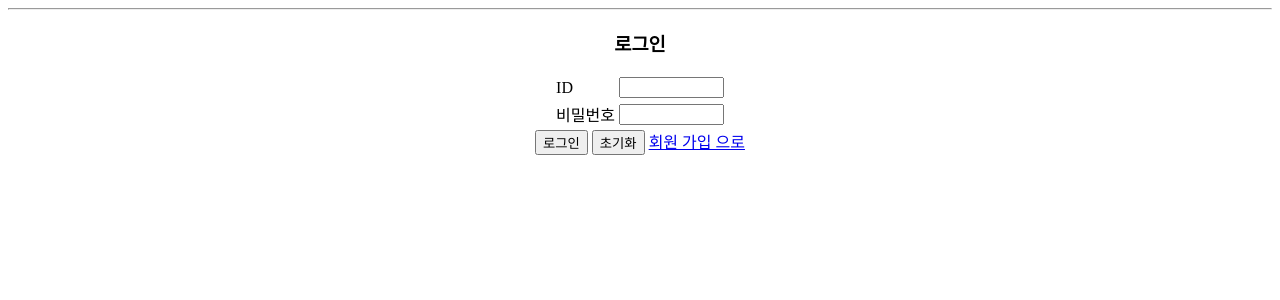
Repository: Juseong-Bang/jspWebProject
Page: http://localhost/FilmBooking/login.jsp
The author's editor kept a copy of each file at every save. The page is drawn from the files as they stood at one save, then again after the next save.
The browser window is 1280 px wide. The pictures show the whole page.
The page is served by Tomcat 9.

Above is the page before, as saved 2017-11-28 12:56:17.

After the next save:
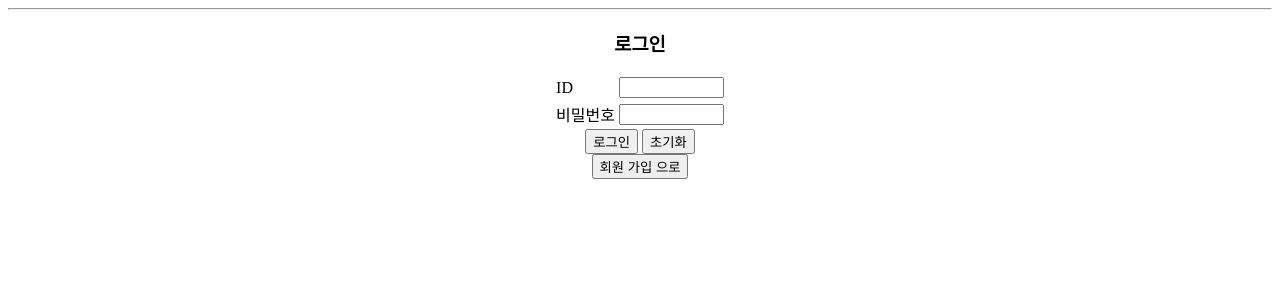
Saved 8 min 25 s later.
--- a/FilmBooking/WebContent/login.jsp
+++ b/FilmBooking/WebContent/login.jsp
@@ -21,7 +21,7 @@
 			</tr>
 		</table>
 		<input type="submit" value=로그인> <input type="submit" value=초기화>
-		<a href=register.jsp>회원 가입 으로</a>
+		<form method="post" action= "register.jsp"><input type="submit" value="회원 가입 으로"></form>
 	</div>
 </body>
 </html>
